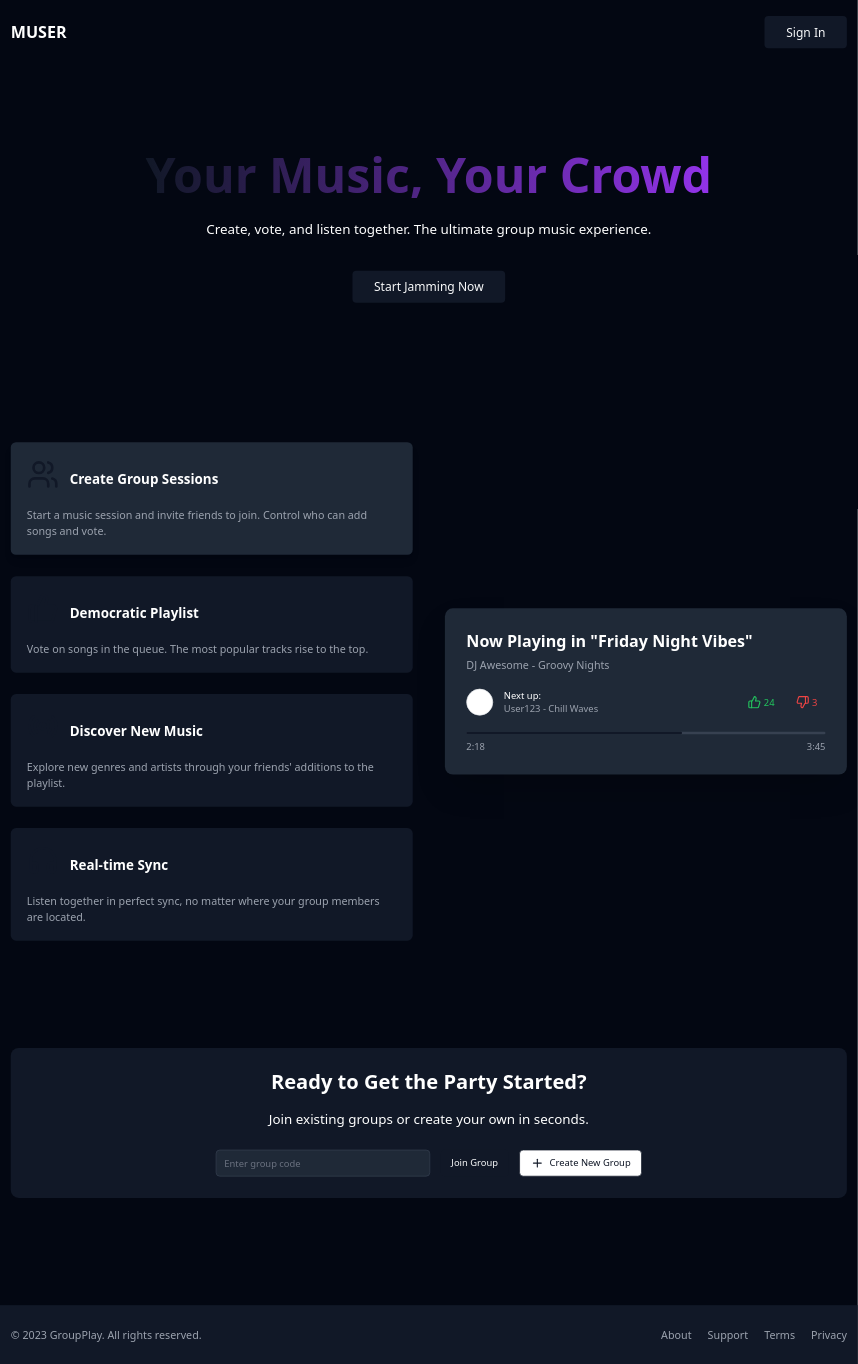
Repository: vbhv12/Muser
Page: /
The author's editor kept a copy of each file at every save. The page is drawn from the files as they stood at one save, then again after the next save.
The browser window is 1280 px wide. The pictures show the whole page, at 67% of full size.
The page's requests for data from a server got no answer. The project was rebuilt for these pictures with package versions that can differ from the ones it lists, and the page was loaded fresh each time. The framework's server and built-in components were replaced by stand-ins that run in the browser. No one was signed in, and anything a server would have sent is missing. Also part of the build but not shown: next.config.mjs.

Above is the page before, as saved 2025-01-25 08:15:16.

### app/layout.tsx
import type { Metadata } from "next";
import localFont from "next/font/local";
import "./globals.css";
import Providers from "./Providers";

const geistSans = localFont({
  src: "./fonts/GeistVF.woff",
  variable: "--font-geist-sans",
  weight: "100 900",
});
const geistMono = localFont({
  src: "./fonts/GeistMonoVF.woff",
  variable: "--font-geist-mono",
  weight: "100 900",
});

export const metadata: Metadata = {
  title: "Create Next App",
  description: "Generated by create next app",
};

export default function RootLayout({
  children,
}: Readonly<{
  children: React.ReactNode;
}>) {
  return (

    <html lang="en">
      <body
        className={`${geistSans.variable} ${geistMono.variable} antialiased`}
      >
       <Providers>
          {children}
       </Providers>

      </body>
    </html>
  );
}

### app/page.tsx
import Appbar from "./components/Appbar";
import { Button } from "@/components/ui/button"
import { Input } from "@/components/ui/input"
import { PlayCircle, Plus, ThumbsUp, ThumbsDown} from "lucide-react"
import Link from "next/link"
import LandingFeaturePage from "@/app/components/LandingFeaturePage";
import { redirect } from "next/navigation";
import { getServerSession } from "next-auth";
import { authOptions } from "@/lib/auth-options";


export default async function Home() {
  const session = await getServerSession(authOptions);
   if (session?.user.id) redirect("/dashboard");


  return (
    <div>

        <div className="min-h-screen bg-gray-950 text-white">
         <Appbar/>
          <main className="container mx-auto px-4">
            <section className="py-20 md:py-32 flex flex-col items-center text-center">
              <h1 className="text-5xl md:text-7xl font-bold mb-8 bg-gradient-to-r from-primary to-purple-600 text-transparent bg-clip-text">
                Your Music, Your Crowd
              </h1>
              <p className="text-xl mb-12 max-w-2xl">
                Create, vote, and listen together. The ultimate group music experience.
              </p>
              <Button size="lg" className="bg-primary hover:bg-primary/90 text-lg px-8 py-6">
                Start Jamming Now
              </Button>
            </section>

            <section className="py-20">
              <div className="grid grid-cols-1 md:grid-cols-2 gap-12 items-center">
                <div className="space-y-8">
                  <LandingFeaturePage/>
                </div>
                <div className="bg-gray-800 rounded-xl p-8 shadow-2xl">
                  <div className="mb-6">
                    <h3 className="text-2xl font-bold mb-2">Now Playing in &quot;Friday Night Vibes&quot;</h3>
                    <p className="text-gray-400">DJ Awesome - Groovy Nights</p>
                  </div>
                  <div className="flex justify-between items-center mb-6">
                    <div className="flex items-center">
                      <Button variant="outline" size="icon" className="rounded-full mr-4">
                        <PlayCircle className="h-6 w-6" />
                      </Button>
                      <div className="text-sm">
                        <div className="font-medium">Next up:</div>
                        <div className="text-gray-400">User123 - Chill Waves</div>
                      </div>
                    </div>
                    <div className="flex items-center space-x-2">
                      <Button variant="ghost" size="sm" className="text-green-500">
                        <ThumbsUp className="h-5 w-5 mr-1" />
                        24
                      </Button>
                      <Button variant="ghost" size="sm" className="text-red-500">
                        <ThumbsDown className="h-5 w-5 mr-1" />
                        3
                      </Button>
                    </div>
                  </div>
                  <div className="bg-gray-700 h-1 rounded-full mb-2">
                    <div className="bg-primary h-full rounded-full" style={{ width: '60%' }}></div>
                  </div>
                  <div className="flex justify-between text-sm text-gray-400">
                    <span>2:18</span>
                    <span>3:45</span>
                  </div>
                </div>
              </div>
            </section>

            <section className="py-20">
              <div className="bg-gray-900 rounded-xl p-8 text-center">
                <h2 className="text-3xl font-bold mb-6">Ready to Get the Party Started?</h2>
                <p className="text-xl mb-8">Join existing groups or create your own in seconds.</p>
                <div className="flex flex-col sm:flex-row justify-center items-center gap-4">
                  <Input placeholder="Enter group code" className="max-w-xs bg-gray-800 border-gray-700" />
                  <Button className="bg-primary hover:bg-primary/90">
                    Join Group
                  </Button>
                  <Button variant="outline" className="border-primary text-primary hover:bg-primary hover:text-white">
                    <Plus className="h-5 w-5 mr-2" />
                    Create New Group
                  </Button>
                </div>
              </div>
            </section>
          </main>

          <footer className="bg-gray-900 py-8 mt-20">
            <div className="container mx-auto px-4 flex flex-col sm:flex-row justify-between items-center">
              <p className="text-gray-400 mb-4 sm:mb-0">&copy; 2023 GroupPlay. All rights reserved.</p>
              <div className="flex space-x-6 text-gray-400">
                <Link href="#" className="hover:text-white">About</Link>
                <Link href="#" className="hover:text-white">Support</Link>
                <Link href="#" className="hover:text-white">Terms</Link>
                <Link href="#" className="hover:text-white">Privacy</Link>
              </div>
            </div>
          </footer>
        </div>
        </div>
  );
}

### app/Providers.tsx
"use client";
import { Toaster } from '@/components/ui/toaster';
import {SessionProvider} from 'next-auth/react'

const Providers = ({children} : {
    children: React.ReactNode
}) => {
  return (
    <SessionProvider>
      <Toaster />
        {children}
    </SessionProvider>
  )
}

export default Providers

### app/components/Appbar.tsx
"use client";
import { signIn, signOut, useSession } from 'next-auth/react'
import { Button } from "@/components/ui/button"
import Link from "next/link"

const Appbar = () => {
    const session = useSession();
    return (
        <div className='flex justify-between'>
             <header className="container mx-auto px-4 py-6 flex justify-between items-center">
                <Link href="/" className="text-2xl font-bold">
                    MUSER
                </Link>
                {session.data?.user &&
                    <Button className = "bg-primary hover:bg-primary/90 text-lg px-8 py-6" onClick={()=> signOut()}>Sign Out</Button>
                }
               {!session.data?.user &&
                    <Button className = "bg-primary hover:bg-primary/90 text-lg px-8 py-6" onClick={()=> signIn()}>Sign In</Button>
                }
            </header>
        </div>

  )
}

export default Appbar

### components/ui/button.tsx
import * as React from "react"
import { Slot } from "@radix-ui/react-slot"
import { cva, type VariantProps } from "class-variance-authority"

import { cn } from "@/lib/utils"

const buttonVariants = cva(
  "inline-flex items-center justify-center whitespace-nowrap rounded-md text-sm font-medium ring-offset-background transition-colors focus-visible:outline-none focus-visible:ring-2 focus-visible:ring-ring focus-visible:ring-offset-2 disabled:pointer-events-none disabled:opacity-50",
  {
    variants: {
      variant: {
        default: "bg-primary text-primary-foreground hover:bg-primary/90",
        destructive:
          "bg-destructive text-destructive-foreground hover:bg-destructive/90",
        outline:
          "border border-input bg-background hover:bg-accent hover:text-accent-foreground",
        secondary:
          "bg-secondary text-secondary-foreground hover:bg-secondary/80",
        ghost: "hover:bg-accent hover:text-accent-foreground",
        link: "text-primary underline-offset-4 hover:underline",
      },
      size: {
        default: "h-10 px-4 py-2",
        sm: "h-9 rounded-md px-3",
        lg: "h-11 rounded-md px-8",
        icon: "h-10 w-10",
      },
    },
    defaultVariants: {
      variant: "default",
      size: "default",
    },
  }
)

export interface ButtonProps
  extends React.ButtonHTMLAttributes<HTMLButtonElement>,
    VariantProps<typeof buttonVariants> {
  asChild?: boolean
}

const Button = React.forwardRef<HTMLButtonElement, ButtonProps>(
  ({ className, variant, size, asChild = false, ...props }, ref) => {
    const Comp = asChild ? Slot : "button"
    return (
      <Comp
        className={cn(buttonVariants({ variant, size, className }))}
        ref={ref}
        {...props}
      />
    )
  }
)
Button.displayName = "Button"

export { Button, buttonVariants }

### components/ui/input.tsx
import * as React from "react"

import { cn } from "@/lib/utils"

export interface InputProps
  extends React.InputHTMLAttributes<HTMLInputElement> {}

const Input = React.forwardRef<HTMLInputElement, InputProps>(
  ({ className, type, ...props }, ref) => {
    return (
      <input
        type={type}
        className={cn(
          "flex h-10 w-full rounded-md border border-input bg-background px-3 py-2 text-sm ring-offset-background file:border-0 file:bg-transparent file:text-sm file:font-medium file:text-foreground placeholder:text-muted-foreground focus-visible:outline-none focus-visible:ring-2 focus-visible:ring-ring focus-visible:ring-offset-2 disabled:cursor-not-allowed disabled:opacity-50",
          className
        )}
        ref={ref}
        {...props}
      />
    )
  }
)
Input.displayName = "Input"

export { Input }

### app/components/LandingFeaturePage.tsx
"use client";
import React, { useState } from 'react'
import {Users,ThumbsUp, Headphones, Radio } from "lucide-react"
const LandingFeaturePage = () => {
    const [activeFeature, setActiveFeature] = useState(0)

    const features = [
        {
          title: "Create Group Sessions",
          icon: <Users className="h-12 w-12 mb-4 text-primary" />,
          description: "Start a music session and invite friends to join. Control who can add songs and vote."
        },
        {
          title: "Democratic Playlist",
          icon: <ThumbsUp className="h-12 w-12 mb-4 text-primary" />,
          description: "Vote on songs in the queue. The most popular tracks rise to the top."
        },
        {
          title: "Discover New Music",
          icon: <Radio className="h-12 w-12 mb-4 text-primary" />,
          description: "Explore new genres and artists through your friends' additions to the playlist."
        },
        {
          title: "Real-time Sync",
          icon: <Headphones className="h-12 w-12 mb-4 text-primary" />,
          description: "Listen together in perfect sync, no matter where your group members are located."
        }
    ]
  return (
    (
        <>
            {features.map((feature, index) => (
            <div
              key={index}
              className={`p-6 rounded-lg transition-all duration-300 cursor-pointer ${
                activeFeature === index ? 'bg-gray-800 shadow-lg' : 'bg-gray-900'
              }`}
              onMouseEnter={() => setActiveFeature(index)}
            >
              <h3 className="text-xl font-semibold mb-2 flex items-center">
                {feature.icon}
                <span className="ml-4">{feature.title}</span>
              </h3>
              <p className="text-gray-400">{feature.description}</p>
            </div>
          ))}

        </>

    )
  )
}

export default LandingFeaturePage

### lib/auth-options.ts
import db from "@/lib/db";
import { NextAuthOptions, type DefaultSession } from "next-auth";
import GoogleProvider from "next-auth/providers/google";

export const authOptions = {
  providers: [
    GoogleProvider({
      clientId: process.env.GOOGLE_CLIENT_ID ?? "",
      clientSecret: process.env.GOOGLE_CLIENT_SECRET ?? "",
    }),
  ],
  secret: process.env.NEXTAUTH_SECRET ?? "secret",
  callbacks: {
    async signIn(params) {
      if (!params.user.email) {
        return false;
      }

      try {
        const existingUser = await db.user.findUnique({
          where: {
            email: params.user.email,
          },
        });
        if (existingUser) {
          return true;
        }
        await db.user.create({
          data: {
            email: params.user.email,
            provider: "Google",
          },
        });
        return true;
      } catch (e) {
        console.log(e);
        return false;
      }
    },
    async jwt({ token, user }) {
      // Only called when user first signs in so requiring less db calls
      if (user && user.email) {
        const dbUser = await db.user.findUnique({
          where: {
            email: user.email,
          },
        });

        // This will not happen as we are storing the user in db on sign in callback
        if (!dbUser) {
          return token;
        }

        return {
          ...token,
          id: dbUser.id,
        };
      }

      return token;
    },
    async session({ session, token }) {
      return {
        ...session,
        user: {
          ...session.user,
          id: token.id as string,
        },
      };
    },
  },
} satisfies NextAuthOptions;

declare module "next-auth" {
  interface Session {
    user: {
      id: string;
    } & DefaultSession["user"];
  }
}

### components/ui/toaster.tsx
"use client"

import { useToast } from "@/hooks/use-toast"
import {
  Toast,
  ToastClose,
  ToastDescription,
  ToastProvider,
  ToastTitle,
  ToastViewport,
} from "@/components/ui/toast"

export function Toaster() {
  const { toasts } = useToast()

  return (
    <ToastProvider>
      {toasts.map(function ({ id, title, description, action, ...props }) {
        return (
          <Toast key={id} {...props}>
            <div className="grid gap-1">
              {title && <ToastTitle>{title}</ToastTitle>}
              {description && (
                <ToastDescription>{description}</ToastDescription>
              )}
            </div>
            {action}
            <ToastClose />
          </Toast>
        )
      })}
      <ToastViewport />
    </ToastProvider>
  )
}

### components/ui/toast.tsx
"use client"

import * as React from "react"
import * as ToastPrimitives from "@radix-ui/react-toast"
import { cva, type VariantProps } from "class-variance-authority"
import { X } from "lucide-react"
import { cn } from "@/lib/utils"

const ToastProvider = ToastPrimitives.Provider

const ToastViewport = React.forwardRef<
  React.ElementRef<typeof ToastPrimitives.Viewport>,
  React.ComponentPropsWithoutRef<typeof ToastPrimitives.Viewport>
>(({ className, ...props }, ref) => (
  <ToastPrimitives.Viewport
    ref={ref}
    className={cn(
      "fixed top-0 z-[100] flex max-h-screen w-full flex-col-reverse p-4 sm:bottom-0 sm:right-0 sm:top-auto sm:flex-col md:max-w-[420px]",
      className
    )}
    {...props}
  />
))
ToastViewport.displayName = ToastPrimitives.Viewport.displayName

const toastVariants = cva(
  "group pointer-events-auto relative flex w-full items-center justify-between space-x-4 overflow-hidden rounded-md border p-6 pr-8 shadow-lg transition-all data-[swipe=cancel]:translate-x-0 data-[swipe=end]:translate-x-[var(--radix-toast-swipe-end-x)] data-[swipe=move]:translate-x-[var(--radix-toast-swipe-move-x)] data-[swipe=move]:transition-none data-[state=open]:animate-in data-[state=closed]:animate-out data-[swipe=end]:animate-out data-[state=closed]:fade-out-80 data-[state=closed]:slide-out-to-right-full data-[state=open]:slide-in-from-top-full data-[state=open]:sm:slide-in-from-bottom-full",
  {
    variants: {
      variant: {
        default: "border bg-background text-foreground",
        destructive:
          "destructive group border-destructive bg-destructive text-destructive-foreground",
        black: "border-black bg-black text-white",
      },

    },
    defaultVariants: {
      variant: "default",
    },
  }
)

const Toast = React.forwardRef<
  React.ElementRef<typeof ToastPrimitives.Root>,
  React.ComponentPropsWithoutRef<typeof ToastPrimitives.Root> &
    VariantProps<typeof toastVariants>
>(({ className, variant, ...props }, ref) => {
  return (
    <ToastPrimitives.Root
      ref={ref}
      className={cn(toastVariants({ variant }), className)}
      {...props}
    />
  )
})
Toast.displayName = ToastPrimitives.Root.displayName

const ToastAction = React.forwardRef<
  React.ElementRef<typeof ToastPrimitives.Action>,
  React.ComponentPropsWithoutRef<typeof ToastPrimitives.Action>
>(({ className, ...props }, ref) => (
  <ToastPrimitives.Action
    ref={ref}
    className={cn(
      "inline-flex h-8 shrink-0 items-center justify-center rounded-md border bg-transparent px-3 text-sm font-medium ring-offset-background transition-colors hover:bg-secondary focus:outline-none focus:ring-2 focus:ring-ring focus:ring-offset-2 disabled:pointer-events-none disabled:opacity-50 group-[.destructive]:border-muted/40 group-[.destructive]:hover:border-destructive/30 group-[.destructive]:hover:bg-destructive group-[.destructive]:hover:text-destructive-foreground group-[.destructive]:focus:ring-destructive",
      className
    )}
    {...props}
  />
))
ToastAction.displayName = ToastPrimitives.Action.displayName

const ToastClose = React.forwardRef<
  React.ElementRef<typeof ToastPrimitives.Close>,
  React.ComponentPropsWithoutRef<typeof ToastPrimitives.Close>
>(({ className, ...props }, ref) => (
  <ToastPrimitives.Close
    ref={ref}
    className={cn(
      "absolute right-2 top-2 rounded-md p-1 text-foreground/50 opacity-0 transition-opacity hover:text-foreground focus:opacity-100 focus:outline-none focus:ring-2 group-hover:opacity-100 group-[.destructive]:text-red-300 group-[.destructive]:hover:text-slate-500 group-[.destructive]:focus:ring-red-400 group-[.destructive]:focus:ring-offset-red-600",
      className
    )}
    toast-close=""
    {...props}
  >
    <X className="h-4 w-4" />
  </ToastPrimitives.Close>
))
ToastClose.displayName = ToastPrimitives.Close.displayName

const ToastTitle = React.forwardRef<
  React.ElementRef<typeof ToastPrimitives.Title>,
  React.ComponentPropsWithoutRef<typeof ToastPrimitives.Title>
>(({ className, ...props }, ref) => (
  <ToastPrimitives.Title
    ref={ref}
    className={cn("text-sm font-semibold", className)}
    {...props}
  />
))
ToastTitle.displayName = ToastPrimitives.Title.displayName

const ToastDescription = React.forwardRef<
  React.ElementRef<typeof ToastPrimitives.Description>,
  React.ComponentPropsWithoutRef<typeof ToastPrimitives.Description>
>(({ className, ...props }, ref) => (
  <ToastPrimitives.Description
    ref={ref}
    className={cn("text-sm opacity-90", className)}
    {...props}
  />
))
ToastDescription.displayName = ToastPrimitives.Description.displayName

type ToastProps = React.ComponentPropsWithoutRef<typeof Toast>

type ToastActionElement = React.ReactElement<typeof ToastAction>

export {
  type ToastProps,
  type ToastActionElement,
  ToastProvider,
  ToastViewport,
  Toast,
  ToastTitle,
  ToastDescription,
  ToastClose,
  ToastAction,
}

Loaded but not shown: app/globals.css (common file); lib/utils.ts (common file); lib/db.ts (common file); hooks/use-toast.ts (common file); tailwind.config.ts (common file)

After the next save:
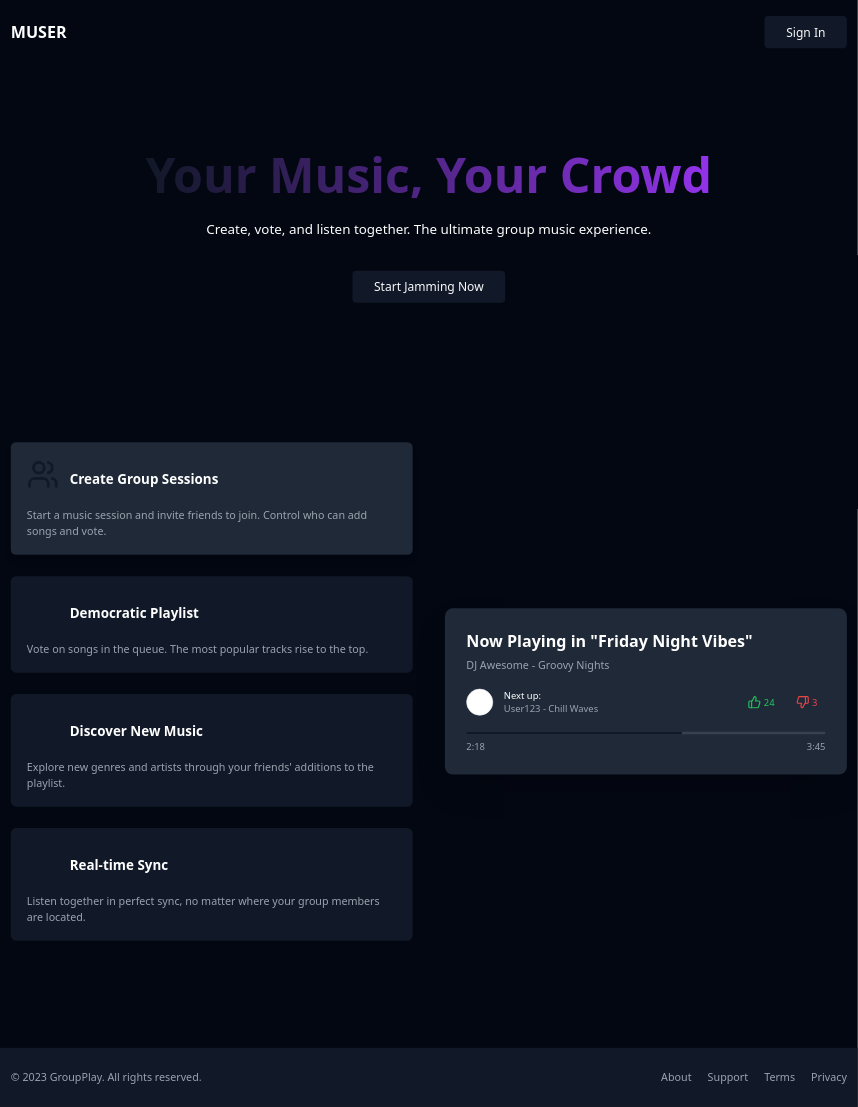
Saved 105 s later.
--- a/app/page.tsx
+++ b/app/page.tsx
@@ -74,7 +74,7 @@ export default async function Home() {
               </div>
             </section>
 
-            <section className="py-20">
+            {/* <section className="py-20">
               <div className="bg-gray-900 rounded-xl p-8 text-center">
                 <h2 className="text-3xl font-bold mb-6">Ready to Get the Party Started?</h2>
                 <p className="text-xl mb-8">Join existing groups or create your own in seconds.</p>
@@ -89,7 +89,7 @@ export default async function Home() {
                   </Button>
                 </div>
               </div>
-            </section>
+            </section> */}
           </main>
 
           <footer className="bg-gray-900 py-8 mt-20">
